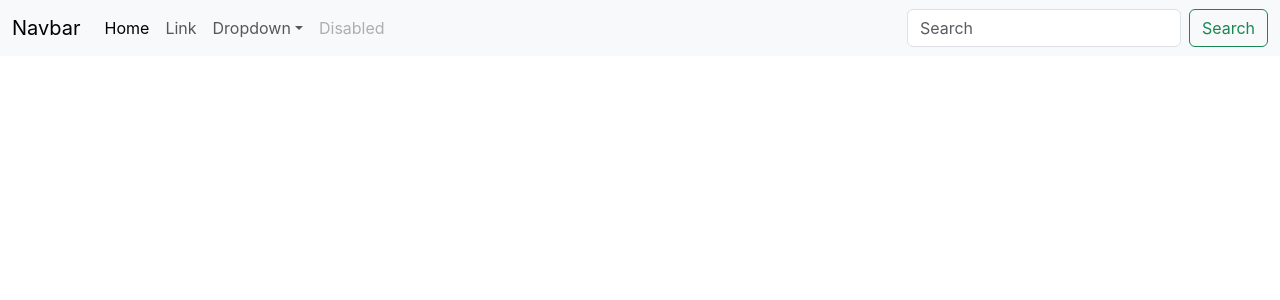
Repository: ASHUTOSH30LUV/news
Page: /
These files come from the project's save history. The page is drawn as it stood at one moment and after the next save; the edit follows.
The browser window is 1280 px wide. The pictures show the whole page.
The project was rebuilt for these pictures with package versions that can differ from the ones it lists, and the page was loaded fresh each time. Also part of the build but not shown: src/App.css.

Above is the page before, as saved 2024-07-27 17:53:39.

### public/index.html
<!DOCTYPE html>
<html lang="en">
  <head>
    <meta charset="utf-8" />
    <link rel="icon" href="%PUBLIC_URL%/favicon.ico" />
    <meta name="viewport" content="width=device-width, initial-scale=1" />
    <meta name="theme-color" content="#000000" />
    <meta
      name="description"
      content="Web site created using create-react-app"
    />
    <link rel="apple-touch-icon" href="%PUBLIC_URL%/logo192.png" />
    <link rel="manifest" href="%PUBLIC_URL%/manifest.json" />
    <link href="https://cdn.jsdelivr.net/npm/bootstrap@5.3.3/dist/css/bootstrap.min.css" rel="stylesheet" integrity="sha384-QWTKZyjpPEjISv5WaRU9OFeRpok6YctnYmDr5pNlyT2bRjXh0JMhjY6hW+ALEwIH" crossorigin="anonymous">
    <title>React App</title>
  </head>
  <body>
    <noscript>You need to enable JavaScript to run this app.</noscript>
    <div id="root"></div>
    <script src="https://cdn.jsdelivr.net/npm/bootstrap@5.3.3/dist/js/bootstrap.bundle.min.js" integrity="sha384-YvpcrYf0tY3lHB60NNkmXc5s9fDVZLESaAA55NDzOxhy9GkcIdslK1eN7N6jIeHz" crossorigin="anonymous"></script>
  </body>
</html>

### src/App.js
// import logo from './logo.svg';
import './App.css';


function App() {
  return (
    <>
    <nav className="navbar navbar-expand-lg bg-body-tertiary" >
  <div className="container-fluid">
    <a className="navbar-brand" href = "/">Navbar</a>
    <button className="navbar-toggler" type="button" data-bs-toggle="collapse" data-bs-target="#navbarSupportedContent" aria-controls="navbarSupportedContent" aria-expanded="false" aria-label="Toggle navigation">
      <span className="navbar-toggler-icon"></span>
    </button>
    <div className="collapse navbar-collapse" id="navbarSupportedContent">
      <ul className="navbar-nav me-auto mb-2 mb-lg-0">
        <li className="nav-item">
          <a className="nav-link active" aria-current="page" href = "/">Home</a>
        </li>
        <li className="nav-item">
          <a className="nav-link" href = "/">Link</a>
        </li>
        <li className="nav-item dropdown">
          <a className="nav-link dropdown-toggle" href = "/" role="button" data-bs-toggle="dropdown" aria-expanded="false">
            Dropdown
          </a>
          <ul className="dropdown-menu">
            <li><a className="dropdown-item" href = "/">Action</a></li>
            <li><a className="dropdown-item" href = "/">Another action</a></li>
            <li><hr className="dropdown-divider" /></li>
            <li><a className="dropdown-item" href = "/">Something else here</a></li>
          </ul>
        </li>
        <li className="nav-item">
          <a className="nav-link disabled" aria-disabled="true">Disabled</a>
        </li>
      </ul>
      <form className="d-flex" role="search">
        <input className="form-control me-2" type="search" placeholder="Search" aria-label="Search" />
        <button className="btn btn-outline-success" type="submit">Search</button>
      </form>
    </div>
  </div>
</nav>
    </>
  );
}

export default App;

Loaded but not shown: src/index.js (common file); src/index.css (common file); src/reportWebVitals.js (common file)

After the next save:
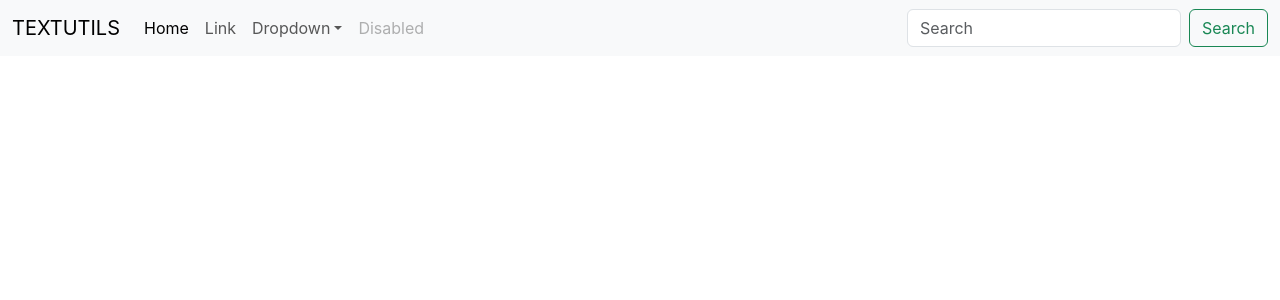
Saved 2 min 48 s later.
--- a/src/App.js
+++ b/src/App.js
@@ -7,7 +7,7 @@
     <>
     <nav className="navbar navbar-expand-lg bg-body-tertiary" >
   <div className="container-fluid">
-    <a className="navbar-brand" href = "/">Navbar</a>
+    <a className="navbar-brand" href = "/">TEXTUTILS</a>
     <button className="navbar-toggler" type="button" data-bs-toggle="collapse" data-bs-target="#navbarSupportedContent" aria-controls="navbarSupportedContent" aria-expanded="false" aria-label="Toggle navigation">
       <span className="navbar-toggler-icon"></span>
     </button>
@@ -31,7 +31,7 @@
           </ul>
         </li>
         <li className="nav-item">
-          <a className="nav-link disabled" aria-disabled="true">Disabled</a>
+          <a className="nav-link disabled" aria-disabled="true" href ="/">Disabled</a>
         </li>
       </ul>
       <form className="d-flex" role="search">
